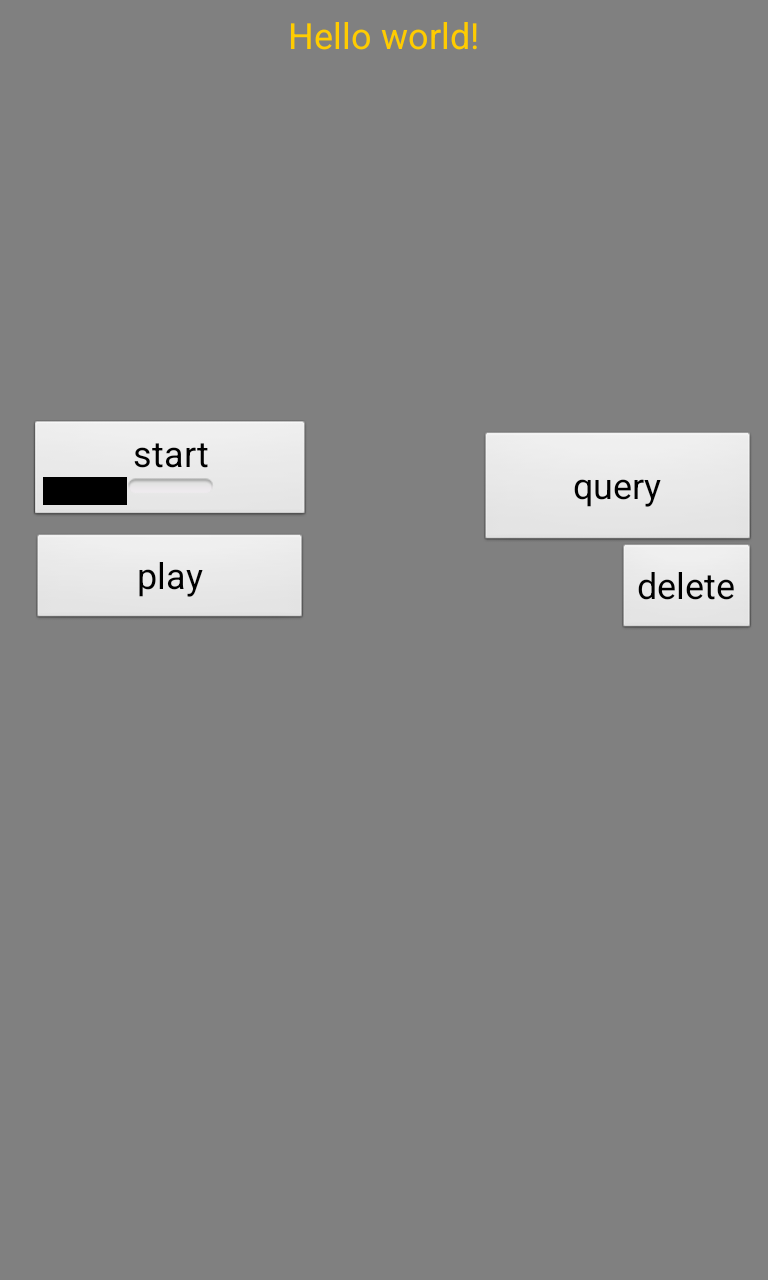
Repository: FreyrChen/tucan_Linux_practice
Layout: 4_Android_program/MusicIdentify/res/layout/activity_main.xml
The author's editor kept a copy of each file at every save. The layout is drawn from the files as they stood at one save, then again after the next save.
It is drawn on a 768 x 1280 px phone screen (xhdpi) without system bars, with theme AppTheme; the app's code is not run.

Above is the layout before, as saved 2013-05-30 08:59:01.

### 4_Android_program/MusicIdentify/res/layout/activity_main.xml
<RelativeLayout xmlns:android="http://schemas.android.com/apk/res/android"
    xmlns:tools="http://schemas.android.com/tools"
    android:layout_width="match_parent"
    android:layout_height="match_parent"
    android:padding="10px"
    android:background="#808080"
    tools:context=".MainActivity" >

    <TextView
        android:id="@+id/info_text"
        android:layout_width="wrap_content"
        android:layout_height="200dp"
        android:layout_centerHorizontal="true"
        android:textSize="18sp"
        android:text="@string/hello_world"
        android:background="#00FF0000"
	    android:textColor="#FFCC00"
    />

     <ToggleButton
		android:id="@+id/start_button"
		android:textOn="@string/stop"
		android:textOff="@string/start"
		android:textSize="18sp"
	 	android:layout_width="140dp"
	 	android:layout_height="wrap_content"
	    android:layout_alignParentLeft="true"
	    android:layout_marginTop="5dp"
	    android:layout_marginLeft="10dp"
	    android:layout_below="@+id/info_text"
 	/>

    <Button
	 	android:id="@+id/query_button"
	 	android:layout_width="140dp"
	 	android:layout_height="60dp"
	 	android:textSize="18sp"
	 	android:text="@string/query"
	    android:layout_marginTop="5dp"
	    android:layout_marginLeft="10dp"
	    android:layout_alignParentRight="true"
	    android:layout_alignTop="@+id/start_button"
 	/>

    <Button
	 	android:id="@+id/play_button"
		android:text="@string/play"
		android:textSize="18sp"
	 	android:layout_width="140dp"
	 	android:layout_height="wrap_content"
	    android:layout_alignParentLeft="true"
	    android:layout_marginTop="5dp"
	    android:layout_marginLeft="10dp"
	    android:layout_below="@+id/start_button"
 	/>


    <Button
	 	android:id="@+id/delete_button"
	 	android:layout_width="wrap_content"
	 	android:layout_height="wrap_content"
	 	android:textSize="18sp"
	 	android:text="@string/delete"
	    android:layout_marginTop="5dp"
	    android:layout_marginLeft="10dp"
	    android:layout_alignParentRight="true"
	    android:layout_alignTop="@+id/play_button"
 	/>





</RelativeLayout>

### 4_Android_program/MusicIdentify/res/values/strings.xml
<?xml version="1.0" encoding="utf-8"?>
<resources>

    <string name="app_name">MusicIdentify</string>
    <string name="hello_world">Hello world!</string>
    <string name="menu_settings">Settings</string>
    <string name="start">start</string>
    <string name="stop">stop</string>
    <string name="play">play</string>
    <string name="query">query</string>
    <string name="delete">delete</string>


</resources>

Loaded but not shown: 4_Android_program/MusicIdentify/res/values/styles.xml (common file)

After the next save:
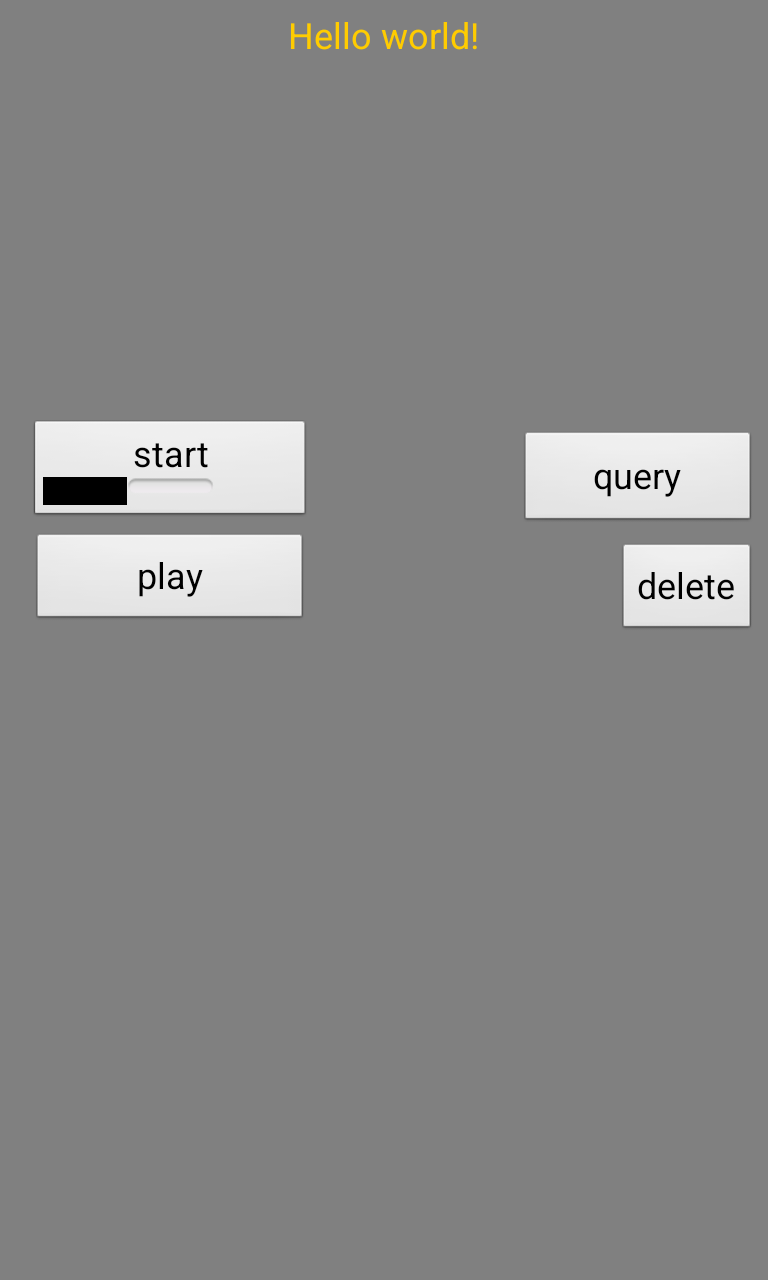
Saved 22 s later.
--- a/4_Android_program/MusicIdentify/res/layout/activity_main.xml
+++ b/4_Android_program/MusicIdentify/res/layout/activity_main.xml
@@ -32,8 +32,8 @@
 
     <Button
 	 	android:id="@+id/query_button"
-	 	android:layout_width="140dp"
-	 	android:layout_height="60dp"
+	 	android:layout_width="120dp"
+	 	android:layout_height="50dp"
 	 	android:textSize="18sp"
 	 	android:text="@string/query"
 	    android:layout_marginTop="5dp"
